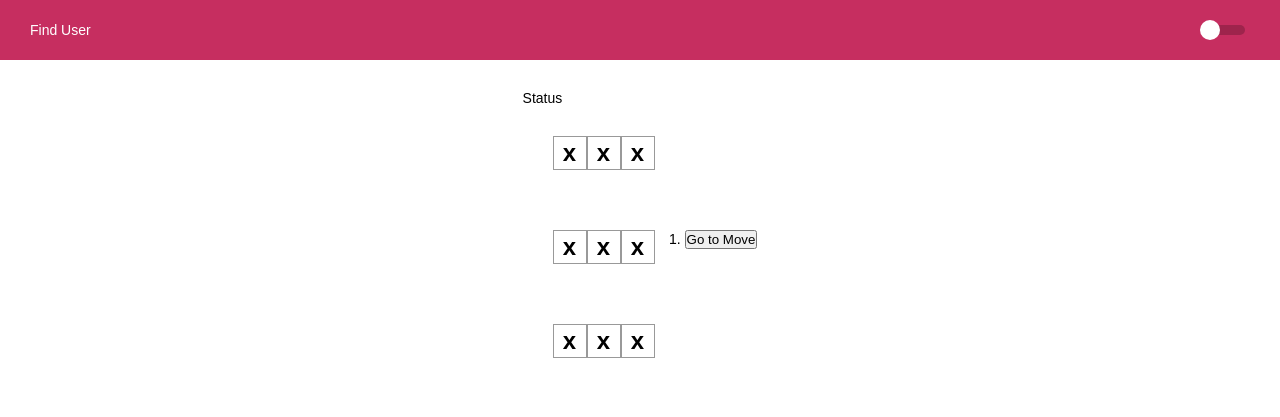
Repository: OmniaRafat232111121/Tic-Tac-Toe
Page: /
An editor plug-in stored every save of this project. The page is shown before and after the next save, followed by the edit.
The browser window is 1280 px wide. The pictures show the whole page.
The project was rebuilt for these pictures with package versions that can differ from the ones it lists, and the page was loaded fresh each time.

Above is the page before, as saved 2022-09-20 18:33:28.

### src/index.tsx
import React from 'react';
import ReactDOM from 'react-dom/client';
import './index.css';
import App from './App';
const root = ReactDOM.createRoot(
  document.getElementById('root') as HTMLElement
);
root.render(
  <React.StrictMode>
    <App />
  </React.StrictMode>
);

### src/App.tsx
import React from 'react';
import { ThemeProvider, DefaultTheme } from 'styled-components';
import usePeristedState from './utils/usePersistedState'

import light from './styles/themes/light';
import dark from './styles/themes/dark';

import GlobalStyle from './styles/global';
import Header from './components/Header';
import Game from './components/Game';
const App = () => {
  const [theme, setTheme] = usePeristedState<DefaultTheme>('theme', light);

  const toggleTheme = () => {
    setTheme(theme.title === 'light' ? dark : light);
  };

  return (
    <ThemeProvider theme={theme}>
      <div className="App">
        <GlobalStyle />
        <Header toggleTheme={toggleTheme} />
        <Game/>
      </div>
    </ThemeProvider>
  );
}

export default App;

### src/utils/usePersistedState.ts
import { useState, useEffect, Dispatch, SetStateAction } from 'react';

type Response<T> = [
  T,
  Dispatch<SetStateAction<T>>,
];

function usePersistedState<T>(key: string, initialState: T): Response<T> {
  const [state, setState] = useState(() => {
    const storageValue = localStorage.getItem(key);

    if (storageValue) {
      return JSON.parse(storageValue);
    } else {
      return initialState;
    }
  });

  useEffect(() => {
    localStorage.setItem(key, JSON.stringify(state));
  }, [key, state]);

  return [state, setState];
}

export default usePersistedState;

### src/styles/themes/light.ts
export default{
    title:'light',
    colors:{
        primary: '#C62E60',
        secundary: '#D63AF9',

        background: '#fff',
        text: '#000'
    },
}

### src/styles/themes/dark.ts
export default {
    title: 'dark',

    colors: {
      primary: '#C62E65',
      secundary: '#C62E65',
      background: '#000',
      text: '#fff'
    },
  };

### src/styles/global.ts
import { createGlobalStyle } from 'styled-components';
export default createGlobalStyle`
  * {
    margin: 0;
    padding: 0;
    box-sizing: border-box;
  }
  body {
    background: ${(props) => props.theme.colors.background};
    font-size: 14px;
    color: ${(props) => props.theme.colors.text};
    font-family: sans-serif;
  }
`;

### src/components/Header/index.tsx
import React,{useContext} from 'react'
import  {Container}  from './styles';
import Switch from 'react-switch'
import { ThemeContext } from 'styled-components';
import {shade} from 'polished'
interface toggleTheme{
toggleTheme():void
}
const Header:React.FC<toggleTheme>=({toggleTheme})=>{
    const {colors,title}=useContext(ThemeContext)
    return(
       <Container>
          Find User
        <Switch
        onChange={toggleTheme}
        checked={title==='dark'}
        checkedIcon={true}
        uncheckedIcon={false}
        height={10}
        width={40}
        handleDiameter={20}
        offColor={shade(0.20,colors.primary)}
        onColor={colors.secundary}
        />
       </Container>
    );
}
export default Header;

### src/components/Game.tsx
import *  as React from 'react'
import styled from 'styled-components'
type LayoutProps={
   gap:number,
}
const Row=styled.div<LayoutProps>`
    display:flex;
    align-items:center;
    justify-content:center;
    padding:30px;
    flex-direction:row;
    gap:${(props)=>props.gap}px;
`;
const Column=styled.div<LayoutProps>`

    display:flex;
    flex-direction:column;
    gap:${(props)=>props.gap}px;

`
function Game(){
return(

<Row gap={0}>
<Column gap={0}>
    <div>Status</div>
    <Board/>
</Column>
<Log/>
</Row>
);
}
function Board(){
    return(
        <Column gap={0}>
        <Row gap={0}>
            <Square/>
            <Square/>
            <Square/>
        </Row>
        <Row gap={0}>
            <Square/>
            <Square/>
            <Square/>
        </Row>
        <Row gap={0}>
            <Square/>
            <Square/>
            <Square/>
        </Row>
        </Column>

    )
}
const StyledSquare = styled.button`
  width: 34px;
  height: 34px;
  background:#fff;
  border: 1px solid #999;
  padding: 0;
  font-size: 24px;
  font-weight: bold;
`;
function Square(){
    return(
        <StyledSquare>
            x
        </StyledSquare>

    );

}
function Log(){
    return(
        <ol>
            <li><button> Go to Move</button></li>
        </ol>
    )
}
export default Game;

### src/components/Header/styles.ts
import styled from "styled-components";
export const Container =styled.div`
height:60px;
background: ${props => props.theme.colors.primary};
color: #FFF;
display:flex;
align-items:center;
justify-content:space-between;
padding:0 30px;
`;

Loaded but not shown: public/index.html (common file); src/index.css (common file)

After the next save:
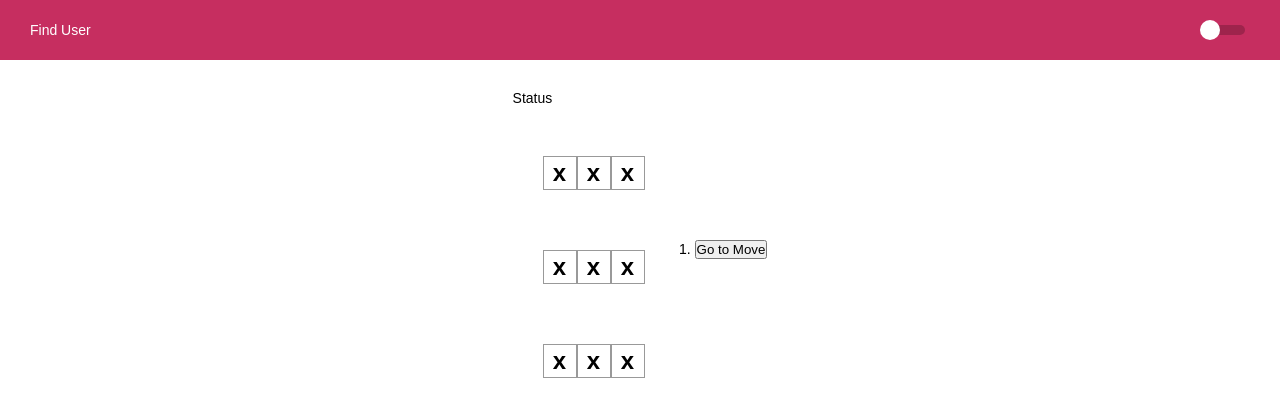
Saved 7 s later.
--- a/src/components/Game.tsx
+++ b/src/components/Game.tsx
@@ -21,8 +21,8 @@ const Column=styled.div<LayoutProps>`
 function Game(){
 return(
 
-<Row gap={0}>
-<Column gap={0}>
+<Row gap={20}>
+<Column gap={20}>
     <div>Status</div>
     <Board/>
 </Column>
